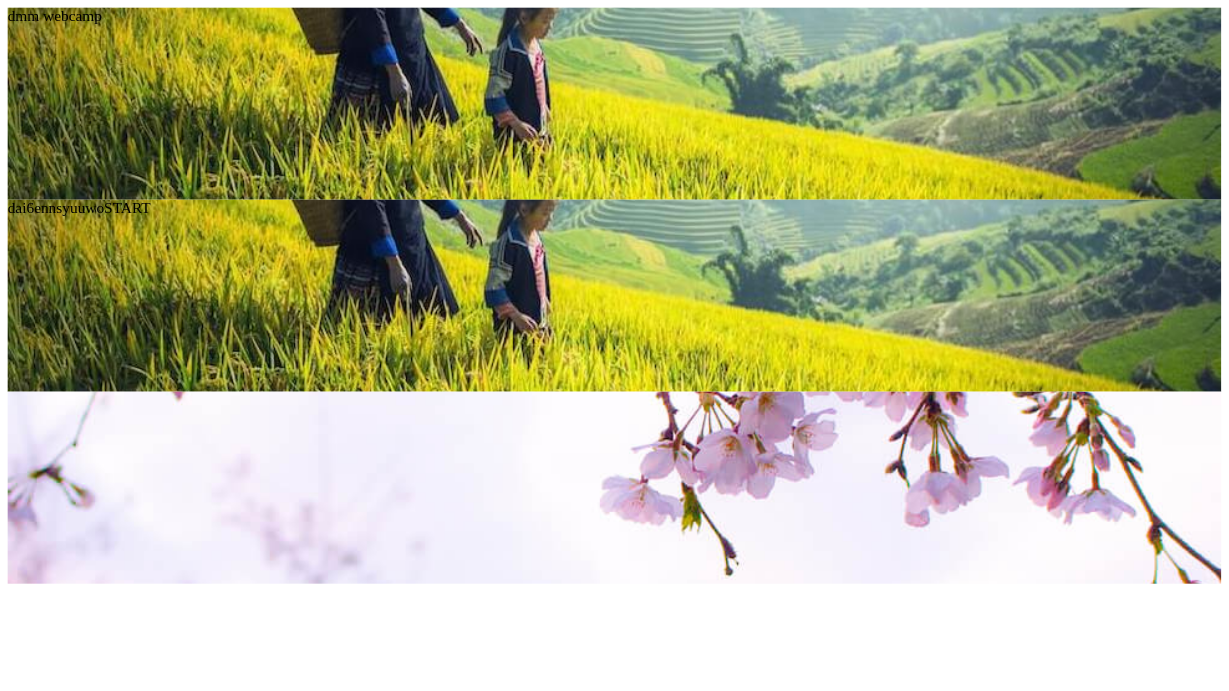
Repository: daisuketoyota/dmmwebxamp-toyota
Page: infratop/index.html
The author's editor kept a record of every edit. The page is drawn from the files as they stood at one moment, then again after the next edit.
The browser window is 1280 px wide. The pictures show the whole page, at 96% of full size.

Above is the page before.

After the next edit:
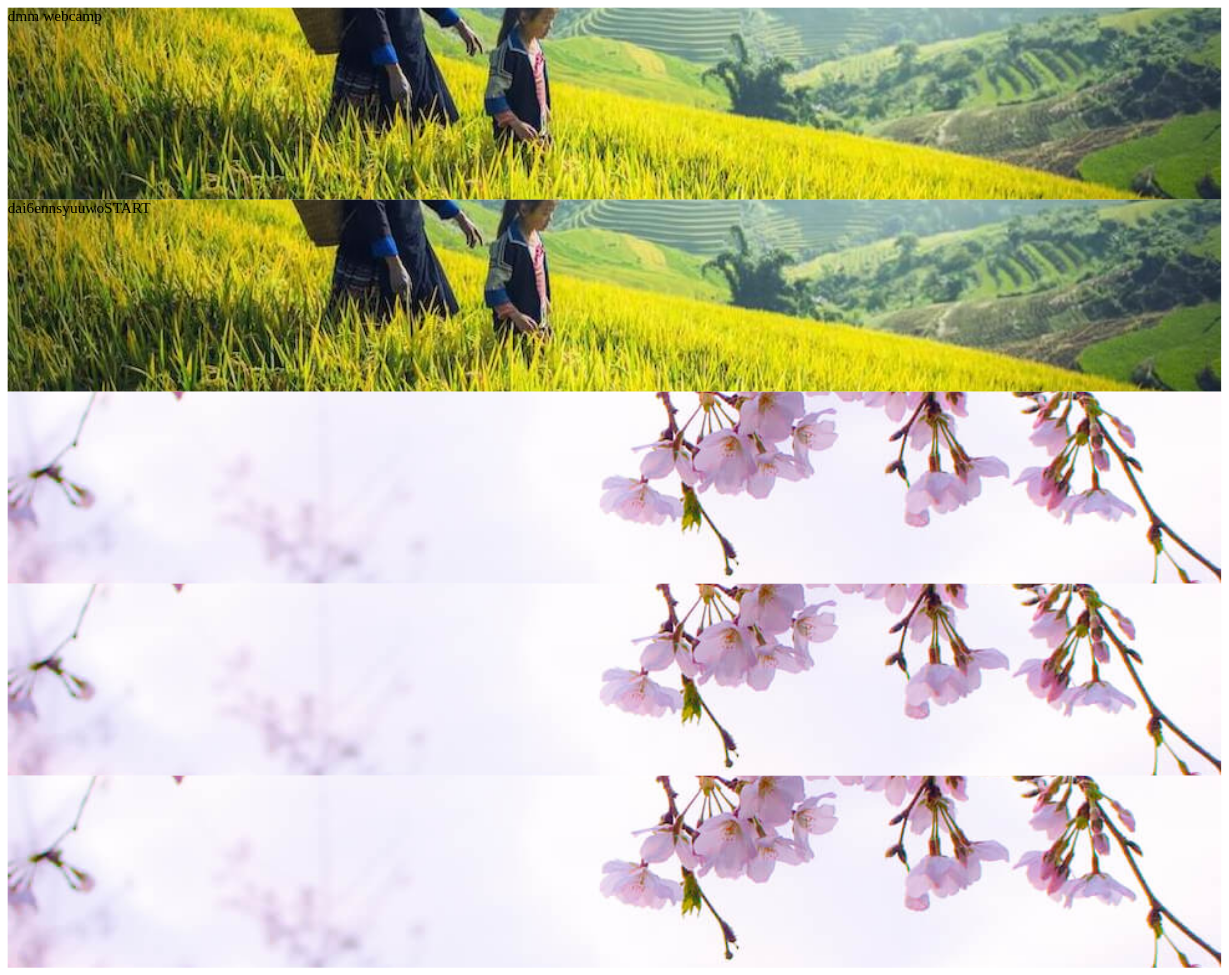
The edit:
--- a/infratop/index.html
+++ b/infratop/index.html
@@ -10,8 +10,8 @@
         <div class="dmm">dmm webcamp</div>
         <div class="dmm">dai6ennsyuuwoSTART</div>
         <div class="asia"></div>
-        <div></div>
-        <div></div>
-        <div></div>
+        <div class="asia"></div>
+        <div class="asia"</div>
+        <div class="asia"></div>
     </body>
 </html>
